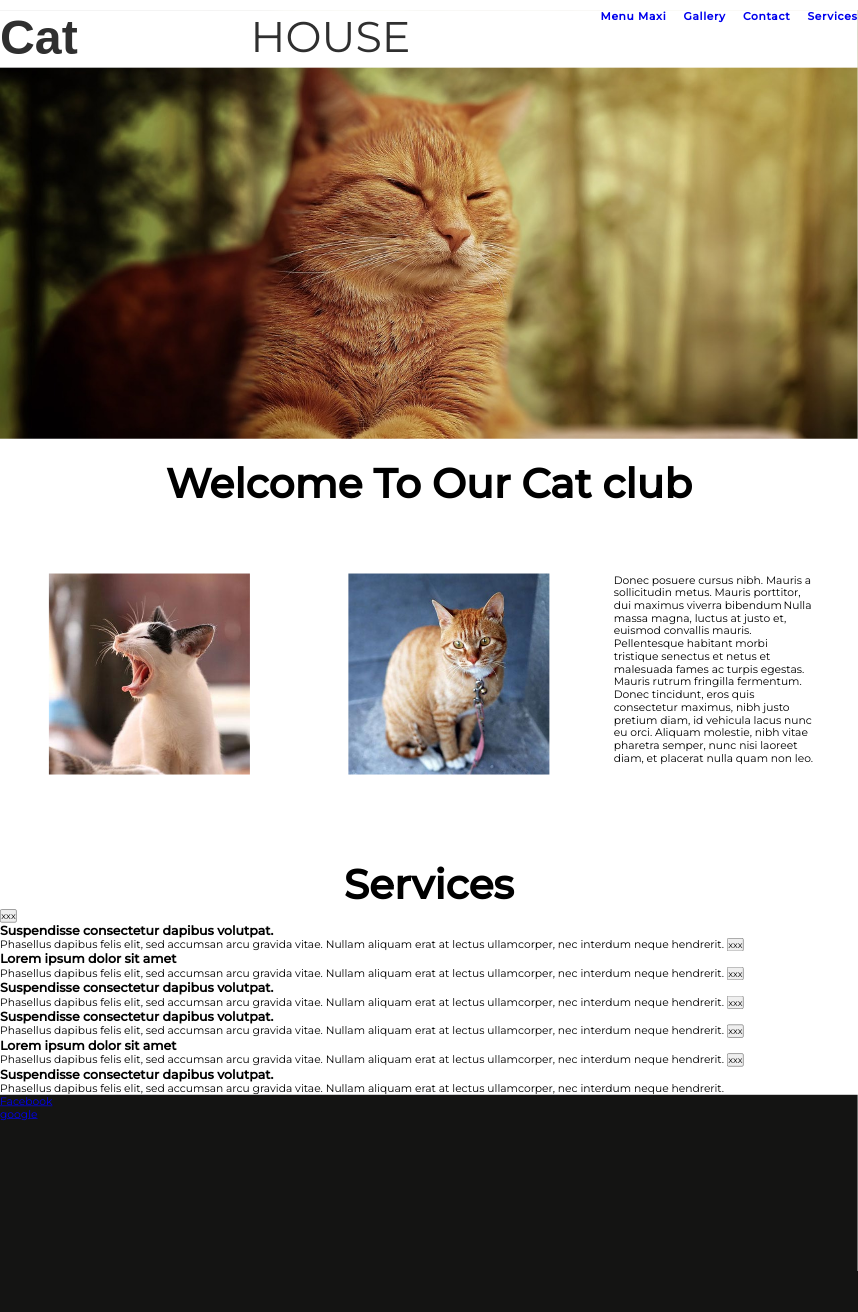
Repository: raul4264/final
Page: index.html
An editor plug-in stored every save of this project. The page is shown before and after the next save, followed by the edit.
The browser window is 1280 px wide. The pictures show the whole page, at 67% of full size.

Above is the page before, as saved 2021-03-18 12:47:58.

### index.html
<!DOCTYPE html>
<html lang="en">

<head>
    <meta charset="UTF-8" />
    <meta http-equiv="X-UA-Compatible" content="IE=edge" />
    <meta name="viewport" content="width=device-width, initial-scale=1.0" />
    <title>Cat House/Raul Novas</title>
    <link href="css/estilos.css" rel="stylesheet" type="text/css" />
</head>

<body>

    <header>
        <div class="banner">


            <nav>
                <span class="item1">Cat</span><span class="item2"> HOUSE</span>


                <ul class="flex-container">
                    <li class="item3"><a href="menu_maxi.html">Menu Maxi</a></li>
                    <li class="item4"><a href="Gallery.html">Gallery</a></li>
                    <li class="item5"><a href="Contact.html">Contact</a></li>
                    <li class="item6"><a href="Services.html ">Services</a></li>
                </ul>
            </nav>
        </div>

    </header>


    <main>
        <section>
            <h2>Welcome To Our Cat club</h2>
            <div class="caja ">

                <div class="container1 ">
                    <img src="images/2.jpg " alt="imagen2 " />
                </div>

                <div class="container2 ">
                    <img src="images/3.jpg " alt="imagen3 " />
                </div>

                <span class="container3 ">
                    <span>Donec posuere cursus nibh. Mauris a sollicitudin metus. Mauris porttitor, dui maximus viverra
                        bibendum</span>
                    <span>Nulla massa magna, luctus at justo et, euismod convallis mauris. Pellentesque habitant morbi
                        tristique senectus et netus et malesuada fames ac turpis egestas. Mauris rutrum fringilla
                        fermentum.</span>
                    <span>Donec tincidunt, eros quis consectetur maximus, nibh justo pretium diam, id vehicula lacus
                        nunc eu orci. Aliquam molestie, nibh vitae pharetra semper, nunc nisi laoreet diam, et placerat
                        nulla quam non leo.</span>
                </span>
            </div>
        </section>
        <h3>
            <h2>Services</h2>
            <button>xxx</button>
            <h3>Suspendisse consectetur dapibus volutpat.</h3>
            <span>
                Phasellus dapibus felis elit, sed accumsan arcu gravida vitae. Nullam aliquam erat at lectus
                ullamcorper, nec interdum neque hendrerit.</span>
            <button>xxx</button>
            <h3>Lorem ipsum dolor sit amet</h3>
            <span>Phasellus dapibus felis elit, sed accumsan arcu gravida vitae. Nullam aliquam erat at lectus
                ullamcorper,
                nec interdum neque hendrerit.</span>
            <button>xxx</button>
            <h3>Suspendisse consectetur dapibus volutpat.</h3>
            <span>
                Phasellus dapibus felis elit, sed accumsan arcu gravida vitae. Nullam aliquam erat at lectus
                ullamcorper, nec interdum neque hendrerit.</span>
            <button>xxx</button>
            <h3>Suspendisse consectetur dapibus volutpat.</h3>
            <span>

                Phasellus dapibus felis elit, sed accumsan arcu gravida vitae. Nullam aliquam erat at lectus
                ullamcorper, nec interdum neque hendrerit.
            </span>
            <button>xxx</button>
            <h3>Lorem ipsum dolor sit amet
            </h3>
            <span>Phasellus dapibus felis elit, sed accumsan arcu gravida vitae. Nullam aliquam erat at lectus
                ullamcorper, nec interdum neque hendrerit.</span>
            <button>xxx</button>
            <h3>Suspendisse consectetur dapibus volutpat.</h3>
            <span>Phasellus dapibus felis elit, sed accumsan arcu gravida vitae. Nullam aliquam erat at lectus
                ullamcorper, nec interdum neque hendrerit.</span>
            </section>
    </main>
    <footer>
        <ol>
            <li>
                <a href="http://www.facebook.com " target="blanck ">Facebook</a>
            </li>
            <li><a href="http://www.google.com " target="blanck ">google</a></li>
        </ol>
    </footer>





</body>

</html>

### css/estilos.css
@import url('https://fonts.googleapis.com/css2?family=Montserrat:wght@400;500&display=swap');
@import url('https://fonts.googleapis.com/css2?family=Montserrat:wght@400;500&family=Poppins:wght@300&display=swap');
* {
    font-family: 'Montserrat', sans-serif;
    margin: 0 auto;
    padding: 0;
}

.banner {
    background: url(../images/1.jpg) no-repeat 0px 0px;
    background-size: cover;
    padding: 0em 0 4em;
    height: 80vh;
}

nav {
    display: flex;
    flex-direction: row;
    justify-content: space-between;
    height: 12vh;
    background-color: #ffffff;
    margin-top: 15px;
}

nav ul {
    display: flex;
}

nav ul li {
    display: flex;
    list-style: none;
}

nav ul li a {
    text-decoration: none;
}


/*---------------------------------------------------------*/

.item1 {
    color: #2f2f2f;
    font-size: 4.5em;
    font-weight: 700;
    flex-grow: 2;
    font-family: 'Raleway', sans-serif;
}

.item2 {
    color: #2f2f2f;
    font-weight: 300;
    font-size: 4em;
    flex-grow: 2;
}

.item3 {
    color: #2f2f2f !important;
    font-size: 1em;

    text-decoration: none;
    margin-left: 2vw;

    font-weight: 600;
    font-family: 'Roboto Condensed', sans-serif;
    letter-spacing: 1px;
    flex-grow: 2;

}

.item4 {
    color: #2f2f2f !important;
    font-size: 1em;

    text-decoration: none;
    padding: 0;
    font-weight: 600;
    font-family: 'Roboto Condensed', sans-serif;
    letter-spacing: 1px;
    flex-grow: 2;
    margin-left: 2vw;
}

.item5 {
    color: #2f2f2f !important;
    font-size: 1em;
    margin: 0;
    text-decoration: none;

    font-weight: 600;
    font-family: 'Roboto Condensed', sans-serif;
    letter-spacing: 1px;
    flex-grow: 1;
    margin-left: 2vw;
}

.item6 {
    color: #2f2f2f !important;
    font-size: 1em;

    text-decoration: none;
    padding: 0;
    font-weight: 600;
    font-family: 'Roboto Condensed', sans-serif;
    letter-spacing: 1px;
    flex-grow: 1;
    margin-left: 2vw;
}

.imagen {
    width: 100vw;
    z-index: 100;
    position: absolute;
    display: flex;
}

.imagen img {
    background-repeat: no-repeat;
    background-size: cover;
    width: 100vw;
    z-index: 100;
    bottom: 130px;

}



h2{
    background-color: #ffffff;
    text-align: center;
    font-size: 3.8em;
    padding-top: 4vh;
}
.caja {
    background-color: #ffffff;
    display: flex;
    height: 69vh;
    flex-direction: row;
    justify-content: space-around;
    align-items: center;
    overflow: ;
}
h1 {
    margin-left: 20vw;
}
.container1 {
    width: 400px;
    height: 300px;

}
.container2 {
    width: 400px;
    height: 300px;


}
img {
    width: 100%;
    height: 100%;
    object-fit: contain;
}
.container3 {
    width: 300px;
    height: 300px;
    margin-right: 5vw;
    font-size: 10px
}
.container3 span{
   font-size: medium;
}

section #section {
    width: 100vw;
    height: 70vh;
    background-color: darkorange;
    position: absolute;
    top: 139vh;
}

footer {

    height: 45vh;
    background-color: rgb(20, 20, 19);

    top: 249vh;
}

After the next save:
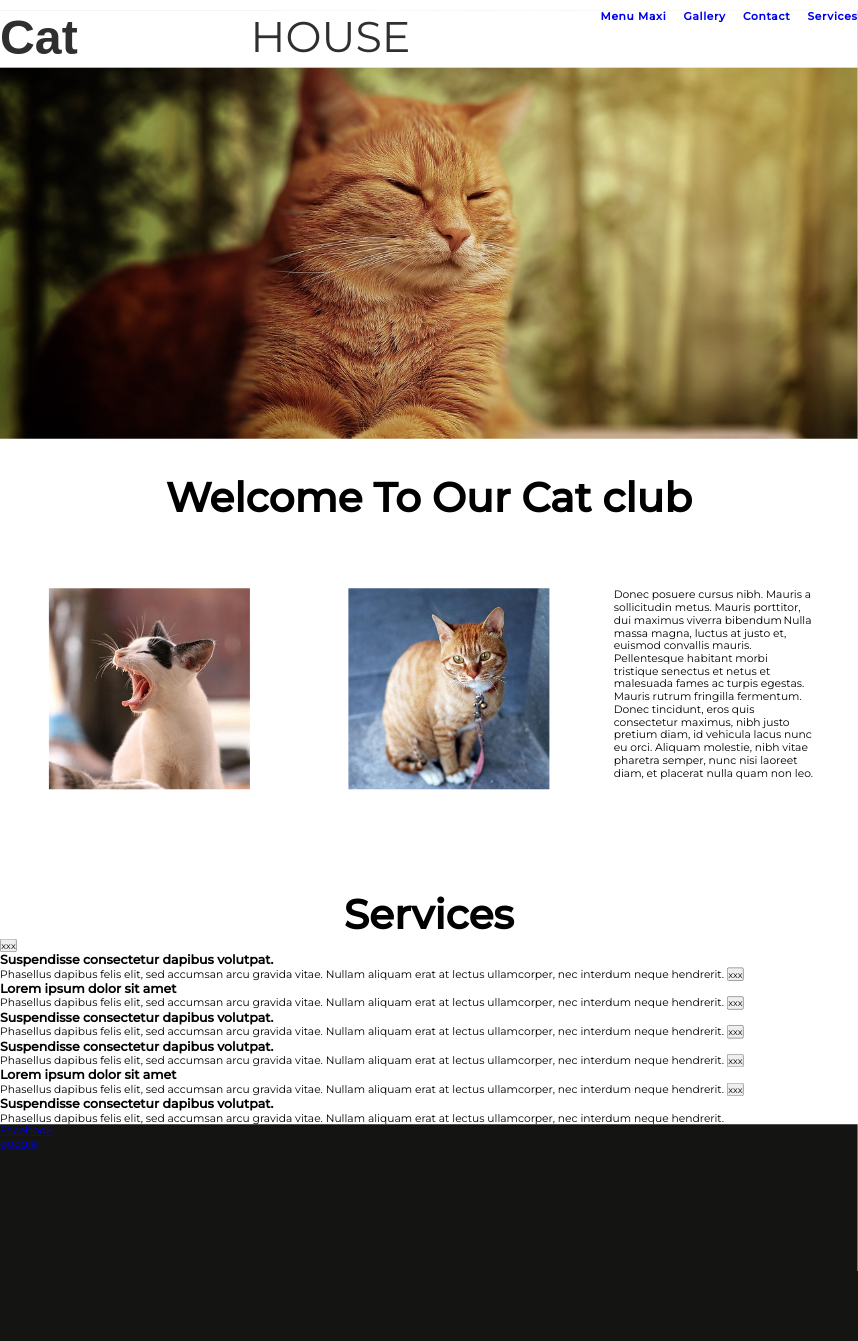
Saved 9 s later.
--- a/css/estilos.css
+++ b/css/estilos.css
@@ -128,7 +128,7 @@ h2{
     background-color: #ffffff;
     text-align: center;
     font-size: 3.8em;
-    padding-top: 4vh;
+    padding-top: 7vh;
 }
 .caja {
     background-color: #ffffff;
